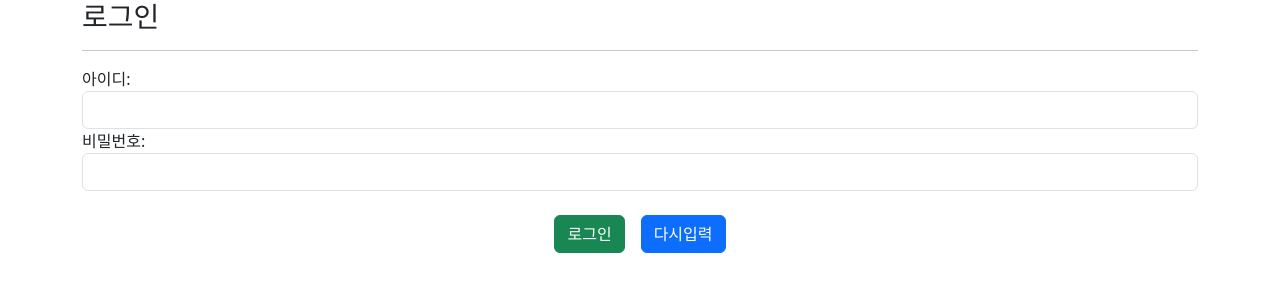
Repository: papepopopy/javascript
Page: http://localhost/webjsp/ex01/sample06/LoginFilter.jsp
An editor plug-in stored every save of this project. The page is shown before and after the next save, followed by the edit.
The browser window is 1280 px wide. The pictures show the whole page.
The page is served by Tomcat 9. Nobody is signed in. The application's start-up code is not run. Other server files are loaded and not shown.

Above is the page before, as saved 2024-07-01 06:27:05.

### jspStudy/jspStudy/webjsp/src/main/webapp/ex01/sample06/LoginFilter.jsp
<%@ page language="java" contentType="text/html; charset=UTF-8" pageEncoding="UTF-8"%>
<!DOCTYPE html>
<html>
<head>
<link href="https://cdn.jsdelivr.net/npm/bootstrap@5.3.3/dist/css/bootstrap.min.css" rel="stylesheet" integrity="sha384-QWTKZyjpPEjISv5WaRU9OFeRpok6YctnYmDr5pNlyT2bRjXh0JMhjY6hW+ALEwIH" crossorigin="anonymous">
<meta charset="UTF-8">
<title>로그인</title>
<style>
.rbtn {
	margin-right: 1em;
}
</style>
</head>
<body>
	<div class="container ">
		<div class="login">
			<h3>로그인</h3>
			<hr>
			<form action="/webjsp/Loginfilter" method="get">
				<div>
					<label>아이디:</label> <input type="text" name="user_id" class="form-control">
				</div>
				<div>
					<label>비밀번호:</label> <input type="password" name="user_pw" class="form-control">
				</div>
				<br>
				<div class="d-flex justify-content-center loginBtn">
					<div>
						<input type="submit" value="로그인" class="btn btn-success rbtn" />
					</div>
					<div>
						<input type="reset" value="다시입력" class="btn btn-primary"/>
					</div>
				</div>
			</form>
		</div>

	</div>
	<script
		src="https://cdn.jsdelivr.net/npm/@popperjs/core@2.11.8/dist/umd/popper.min.js"
		integrity="sha384-I7E8VVD/ismYTF4hNIPjVp/Zjvgyol6VFvRkX/vR+Vc4jQkC+hVqc2pM8ODewa9r"
		crossorigin="anonymous"></script>
	<script
		src="https://cdn.jsdelivr.net/npm/bootstrap@5.3.3/dist/js/bootstrap.min.js"
		integrity="sha384-0pUGZvbkm6XF6gxjEnlmuGrJXVbNuzT9qBBavbLwCsOGabYfZo0T0to5eqruptLy"
		crossorigin="anonymous"></script>
</body>
</html>

After the next save:
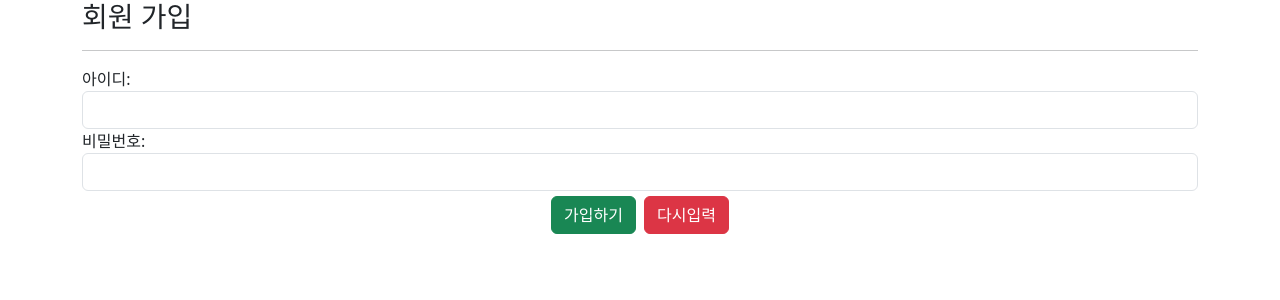
Saved 2 h 53 min later.
--- a/jspStudy/jspStudy/webjsp/src/main/webapp/ex01/sample06/LoginFilter.jsp
+++ b/jspStudy/jspStudy/webjsp/src/main/webapp/ex01/sample06/LoginFilter.jsp
@@ -1,48 +1,43 @@
-<%@ page language="java" contentType="text/html; charset=UTF-8" pageEncoding="UTF-8"%>
+<%@ page language="java" contentType="text/html; charset=UTF-8"
+    pageEncoding="UTF-8"%>
 <!DOCTYPE html>
 <html>
 <head>
+<meta charset="UTF-8">
+<title>회원 가입</title>
 <link href="https://cdn.jsdelivr.net/npm/bootstrap@5.3.3/dist/css/bootstrap.min.css" rel="stylesheet" integrity="sha384-QWTKZyjpPEjISv5WaRU9OFeRpok6YctnYmDr5pNlyT2bRjXh0JMhjY6hW+ALEwIH" crossorigin="anonymous">
-<meta charset="UTF-8">
-<title>로그인</title>
 <style>
-.rbtn {
-	margin-right: 1em;
-}
+	.loginBtn {
+		gap: 0.5em;
+		margin: 5px;
+	}
 </style>
+
 </head>
 <body>
-	<div class="container ">
-		<div class="login">
-			<h3>로그인</h3>
-			<hr>
-			<form action="/webjsp/Loginfilter" method="get">
-				<div>
-					<label>아이디:</label> <input type="text" name="user_id" class="form-control">
-				</div>
-				<div>
-					<label>비밀번호:</label> <input type="password" name="user_pw" class="form-control">
-				</div>
-				<br>
-				<div class="d-flex justify-content-center loginBtn">
-					<div>
-						<input type="submit" value="로그인" class="btn btn-success rbtn" />
-					</div>
-					<div>
-						<input type="reset" value="다시입력" class="btn btn-primary"/>
-					</div>
-				</div>
-			</form>
-		</div>
+<div class="container ">
+	<div class="login" >
+		<h3>회원 가입</h3>
+		<hr>
+		<form action="/webjsp/loginfilter" method="get" name="frmMember">
+			<div>
+				<label>아이디:</label>
+				<input type="text" name="user_id" class="form-control">
+			</div>
+			<div>
+				<label>비밀번호:</label>
+				<input type="password" name="user_pw" class="form-control">
+			</div>
 
+			<div class="d-flex justify-content-center loginBtn">
+				<div><input type="submit" 	value="가입하기"  	class="btn btn-success"></div>
+				<div><input type="reset" 	value="다시입력" 	class="btn btn-danger"></div>
+			</div>
+		</form>
 	</div>
-	<script
-		src="https://cdn.jsdelivr.net/npm/@popperjs/core@2.11.8/dist/umd/popper.min.js"
-		integrity="sha384-I7E8VVD/ismYTF4hNIPjVp/Zjvgyol6VFvRkX/vR+Vc4jQkC+hVqc2pM8ODewa9r"
-		crossorigin="anonymous"></script>
-	<script
-		src="https://cdn.jsdelivr.net/npm/bootstrap@5.3.3/dist/js/bootstrap.min.js"
-		integrity="sha384-0pUGZvbkm6XF6gxjEnlmuGrJXVbNuzT9qBBavbLwCsOGabYfZo0T0to5eqruptLy"
-		crossorigin="anonymous"></script>
+
+</div>
+
+
 </body>
 </html>
